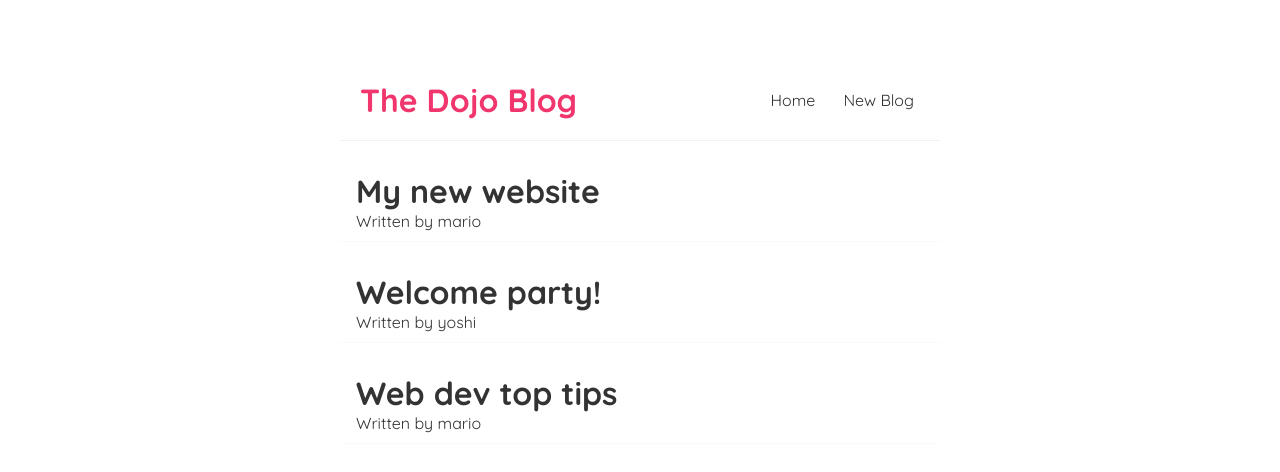
Repository: DESTINYAS/Reactjs
Page: /
These files come from the project's save history. The page is drawn as it stood at one moment and after the next save; the edit follows.
The browser window is 1280 px wide. The pictures show the whole page.
The project was rebuilt for these pictures with package versions that can differ from the ones it lists, and the page was loaded fresh each time.

Above is the page before, as saved 2022-11-29 08:01:14.

After the next save:
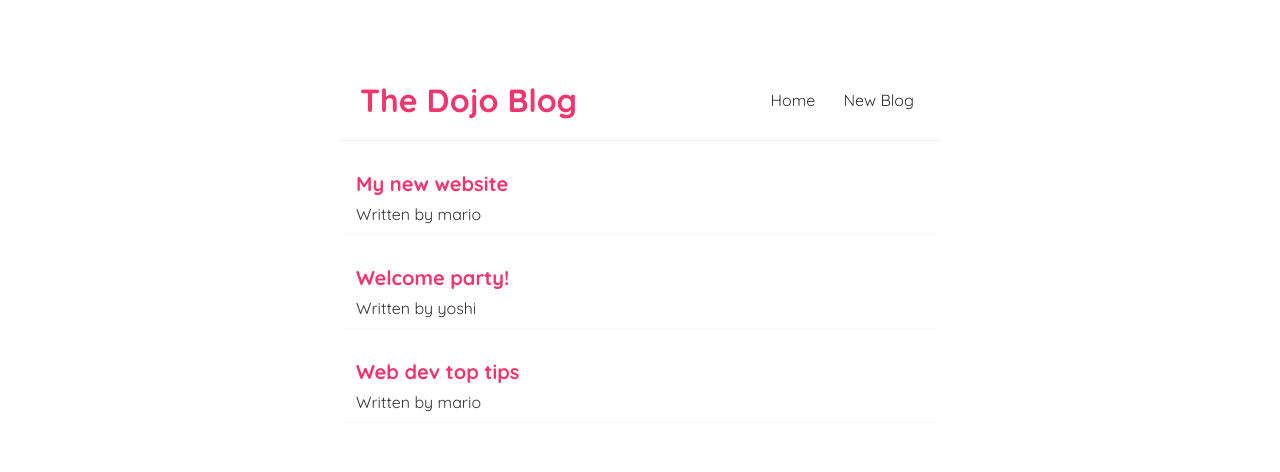
Saved 21 s later.
--- a/src/index.css
+++ b/src/index.css
@@ -42,7 +42,7 @@
 .blog-preview:hover {
   box-shadow: 1px 3px 5px rgba(0, 0, 0, 0.1);
 }
-.blog-preview h2 {
+.blog-preview h1 {
   font-size: 20px;
   color: #f1356d;
   margin-bottom: 8px;
